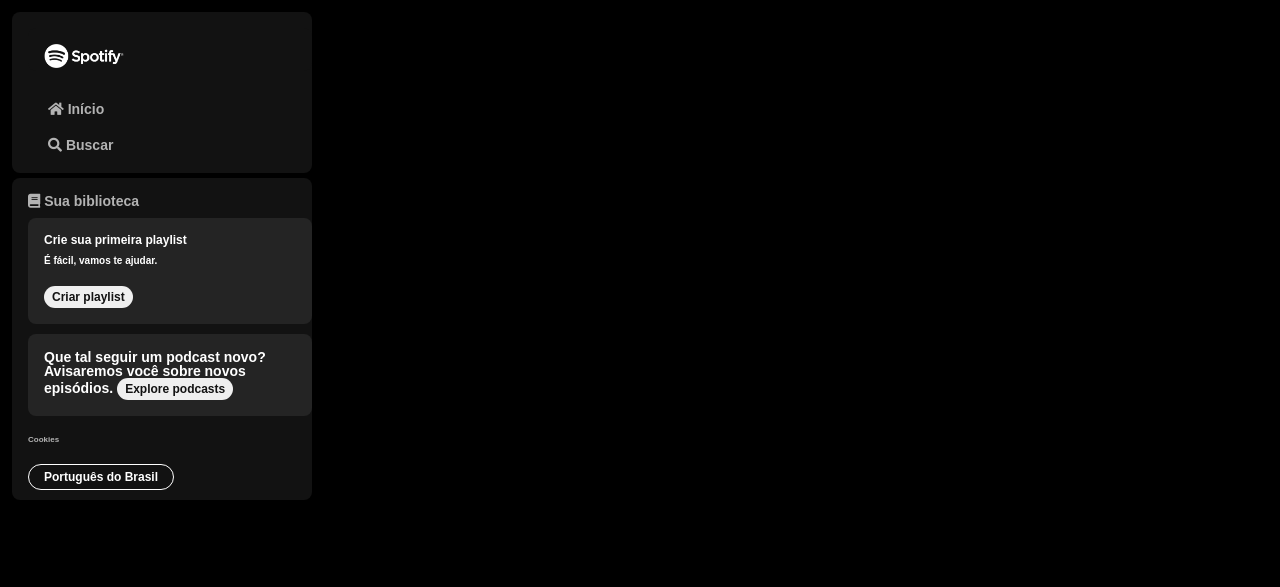
Repository: humbertobrasileiro/spotify
Page: index.html
An editor plug-in stored every save of this project. The page is shown before and after the next save, followed by the edit.
The browser window is 1280 px wide. The pictures show the whole page.

Above is the page before, as saved 2024-01-22 14:23:32.

After the next save:
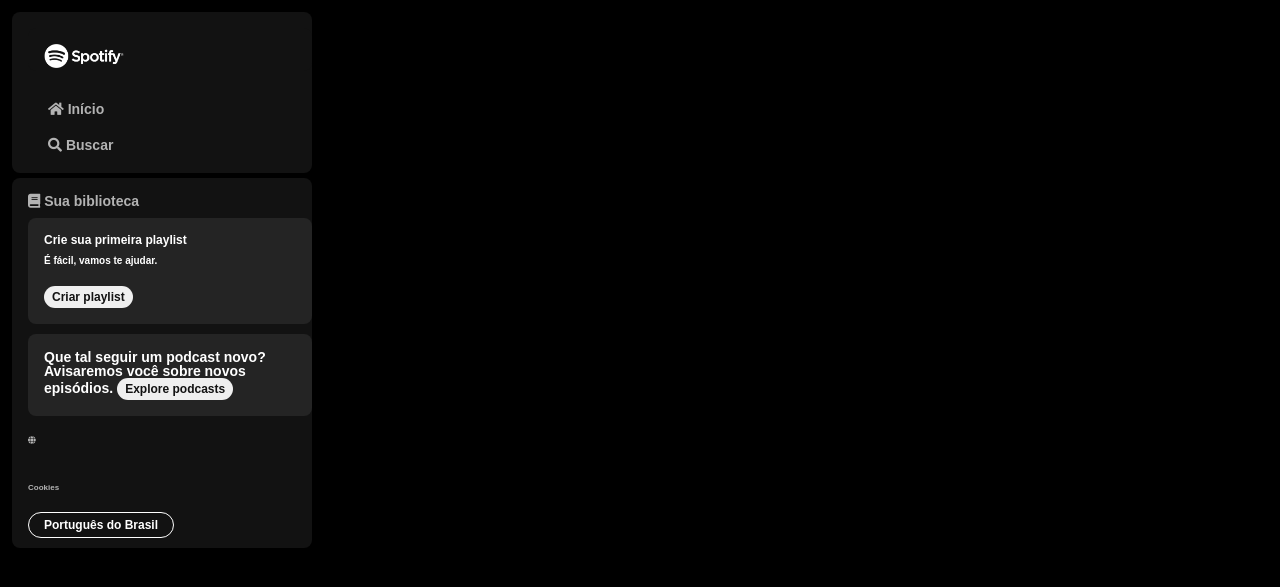
Saved 86 s later.
--- a/index.html
+++ b/index.html
@@ -36,6 +36,7 @@
         </ul>
       </div>
     </nav>
+
     <div class="biblioteca">
       <span class="fa fa-book"></span>
       <span>Sua biblioteca</span>
@@ -44,15 +45,19 @@
         <span>É fácil, vamos te ajudar.</span>
         <button>Criar playlist</button>
       </div>
+
       <div class="podcast">
         <h3>Que tal seguir um podcast novo?</h3>
         <span>Avisaremos você sobre novos episódios.</span>
         <button>Explore podcasts</button>
       </div>
+
       <div class="cookies">
+        <span class="fa fa-globe"></span>
         <span>Cookies</span>
         <button>Português do Brasil</button>
       </div>
+
     </div>
   </div>
 </body>
